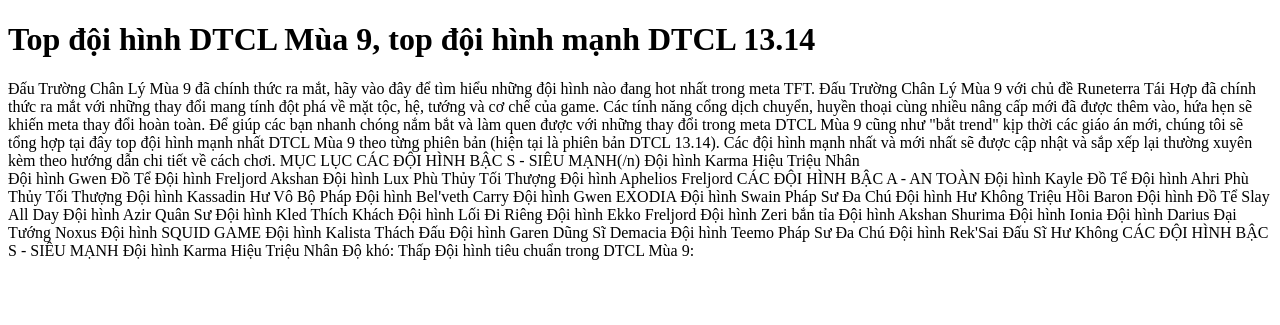
Repository: TUAN-DAT1/hoc-HTML
Page: tuandat17/index.html
An editor plug-in stored every save of this project. The page is shown before and after the next save, followed by the edit.
The browser window is 1280 px wide. The pictures show the whole page.

Above is the page before, as saved 2023-07-20 04:03:02.

### tuandat17/index.html
<!DOCTYPE html> <!-- top cac doi hinh manh cua dtcl trong cac mua -->
    <html>
        <head>
            <!-- ten tim kiem -->
            <title>dtcl.vn</title>
        </head>

        <body>
            <h1> Top đội hình DTCL Mùa 9, top đội hình mạnh DTCL 13.14</h1>
            <p>



                Đấu Trường Chân Lý Mùa 9 đã chính thức ra mắt, hãy vào đây để tìm hiểu những đội hình nào đang hot nhất trong meta TFT.

                Đấu Trường Chân Lý Mùa 9 với chủ đề Runeterra Tái Hợp đã chính thức ra mắt với những thay đổi mang tính đột phá về mặt tộc, hệ, tướng và cơ chế của game. Các tính năng cổng dịch chuyển, huyền thoại cùng nhiều nâng cấp mới đã được thêm vào, hứa hẹn sẽ khiến meta thay đổi hoàn toàn.

                Để giúp các bạn nhanh chóng nắm bắt và làm quen được với những thay đổi trong meta DTCL Mùa 9 cũng như "bắt trend" kịp thời các giáo án mới, chúng tôi sẽ tổng hợp tại đây top đội hình mạnh nhất DTCL Mùa 9 theo từng phiên bản (hiện tại là phiên bản DTCL 13.14). Các đội hình mạnh nhất và mới nhất sẽ được cập nhật và sắp xếp lại thường xuyên kèm theo hướng dẫn chi tiết về cách chơi.

                MỤC LỤC
                CÁC ĐỘI HÌNH BẬC S - SIÊU MẠNH(/n)

                Đội hình Karma Hiệu Triệu Nhân <br>
                Đội hình Gwen Đồ Tể
                Đội hình Freljord Akshan
                Đội hình Lux Phù Thủy Tối Thượng
                Đội hình Aphelios Freljord
                CÁC ĐỘI HÌNH BẬC A - AN TOÀN
                Đội hình Kayle Đồ Tể
                Đội hình Ahri Phù Thủy Tối Thượng
                Đội hình Kassadin Hư Vô Bộ Pháp
                Đội hình Bel'veth Carry
                Đội hình Gwen EXODIA
                Đội hình Swain Pháp Sư Đa Chú
                Đội hình Hư Không Triệu Hồi Baron
                Đội hình Đồ Tể Slay All Day
                Đội hình Azir Quân Sư
                Đội hình Kled Thích Khách
                Đội hình Lối Đi Riêng
                Đội hình Ekko Freljord
                Đội hình Zeri bắn tỉa
                Đội hình Akshan Shurima
                Đội hình Ionia
                Đội hình Darius Đại Tướng Noxus
                Đội hình SQUID GAME
                Đội hình Kalista Thách Đấu
                Đội hình Garen Dũng Sĩ Demacia
                Đội hình Teemo Pháp Sư Đa Chú
                Đội hình Rek'Sai Đấu Sĩ Hư Không
                CÁC ĐỘI HÌNH BẬC S - SIÊU MẠNH
                Đội hình Karma Hiệu Triệu Nhân
                Độ khó: Thấp

                Đội hình tiêu chuẩn trong DTCL Mùa 9:</p>
        </body>
    </html>

After the next save:
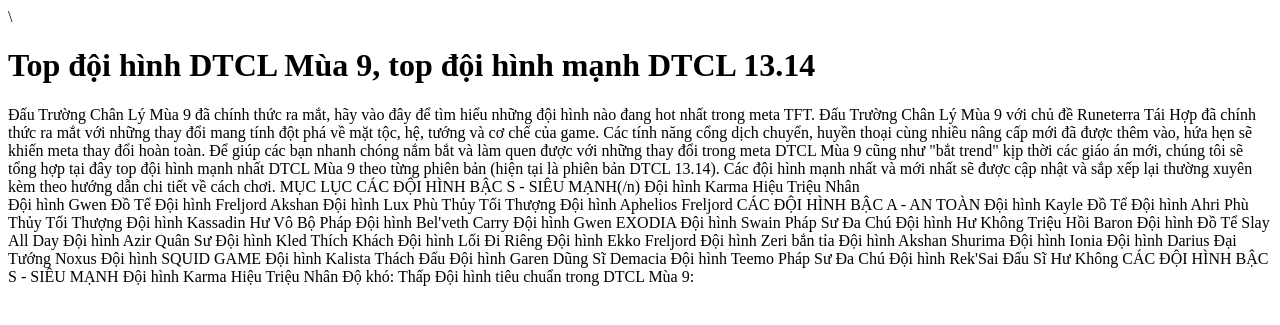
Saved 3 h 52 min later.
--- a/tuandat17/index.html
+++ b/tuandat17/index.html
@@ -2,7 +2,8 @@
     <html>
         <head>
             <!-- ten tim kiem -->
-            <title>dtcl.vn</title>
+            <title>dtcl.vn</title> \
+            <meta charset = "utf-8">
         </head>
 
         <body>
